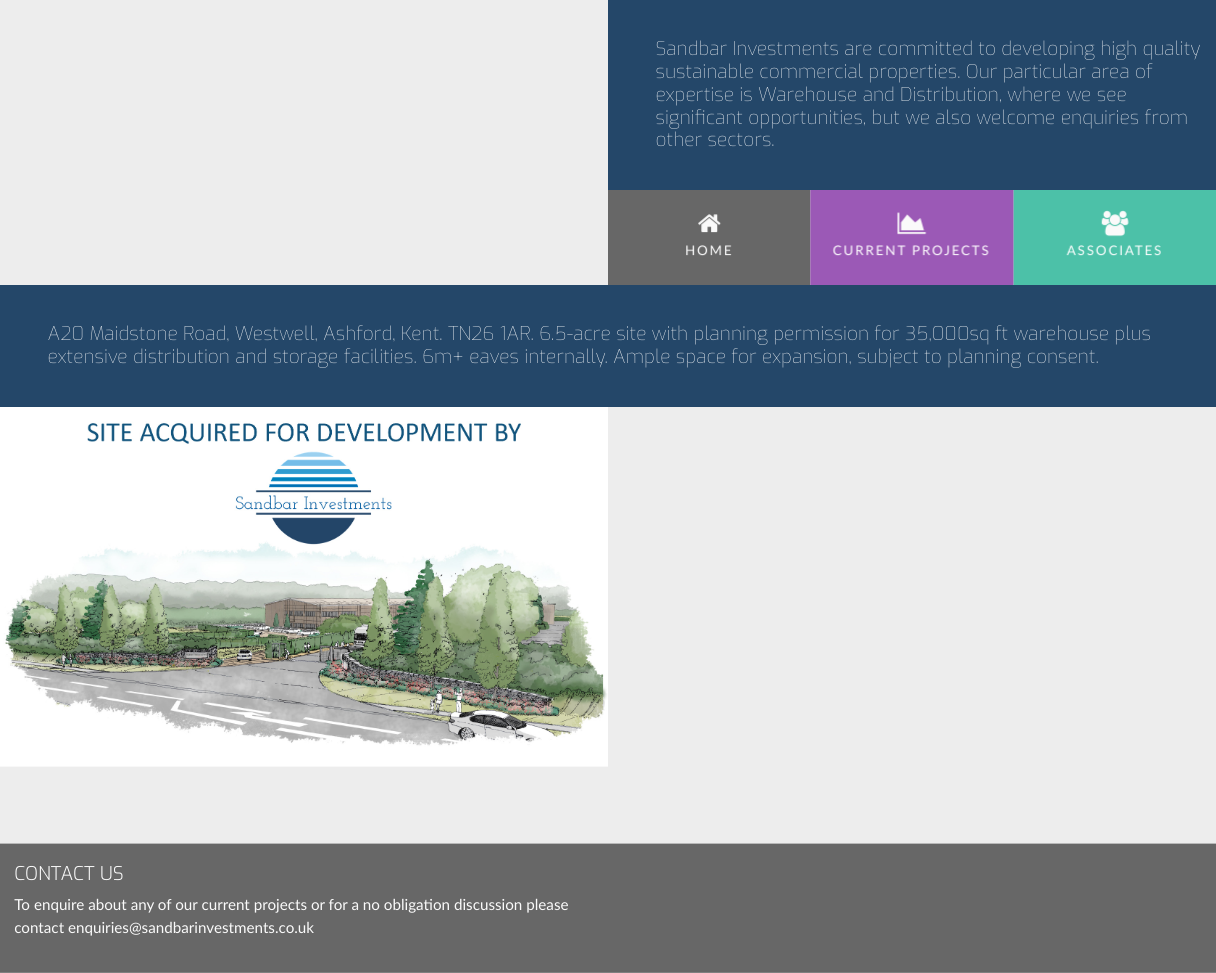
Repository: sykez12/Sandbar
Page: currentprojects.html
The author's editor kept a record of every edit. The page is drawn from the files as they stood at one moment, then again after the next edit.
The browser window is 1280 px wide. The pictures show the whole page, at 95% of full size.

Above is the page before.

### currentprojects.html
<!DOCTYPE html>
<html lang="en">
<head>
    <meta charset="UTF-8">
    <meta name="viewport" content="width=device-width, initial-scale=1.0">
    <meta http-equiv="X-UA-Compatible" content="ie=edge">
    <link rel="stylesheet" href="https://stackpath.bootstrapcdn.com/bootstrap/4.5.2/css/bootstrap.min.css" type="text/css" />
    <link rel="stylesheet" href="https://stackpath.bootstrapcdn.com/font-awesome/4.7.0/css/font-awesome.min.css" type="text/css" />
    <link rel="stylesheet" href="path/to/font-awesome/css/font-awesome.min.css">
    <link rel="stylesheet" href="https://cdnjs.cloudflare.com/ajax/libs/hover.css/2.3.1/css/hover-min.css" integrity="sha512-csw0Ma4oXCAgd/d4nTcpoEoz4nYvvnk21a8VA2h2dzhPAvjbUIK6V3si7/g/HehwdunqqW18RwCJKpD7rL67Xg==" crossorigin="anonymous" />
    <link rel="stylesheet" href="assets/css/style.css" type="text/css" />
    <title>Sandbar Investments</title>
</head>
<body>
    <header>
        <div class="row no-gutters">
            <a href="index.html" class="col-md-6 logo">

            </a>
            <div class="col-md-6">
                <div class="row no-gutters bg-colour-name">
                    <div class="col heading">
                        <h1 class="name">Sandbar Investments are committed to developing high quality sustainable commercial properties. Our particular area of expertise is Warehouse and Distribution, where we see significant opportunities, but we also welcome enquiries from other sectors.

                        </h1>
                    </div>
                </div>
                <div class="row no-gutters">
                    <div class="col">
                        <ul id="nav" class="list-inline menucontainer">
                            <li class="col-6 col-sm-4 ui-menu-color-home list-inline-item menuitem">
                                <a href="index.html" class="hvr-sweep-to-bottom"><i class="fa fa-home" aria-hidden="true"></i><span>Home</span></a>
                            </li>
                            <li class="col-6 col-sm-4 ui-menu-color-current-projects list-inline-item menuitem">
                                <a href="currentprojects.html" class="hvr-sweep-to-bottom"><i class="fa fa-area-chart" aria-hidden="true"></i><span>Current Projects</span></a>
                            </li>
                            <li class="col-6 col-sm-4 ui-menu-color-associates list-inline-item menuitem">
                                <a href="associates.html" class="hvr-sweep-to-bottom"><i class="fa fa-users" aria-hidden="true"></i><span>Associates</span></a>
                            </li>
                        </ul>
                    </div>
                </div>

            </div>
        </div>
    </header>
    <section>
        <div class="row no-gutters">
            <div class="col-md-12">
                <div class="row no-gutters bg-colour-name">
                    <div class="col heading">
                        <h1 class="name">A20 Maidstone Road, Westwell, Ashford, Kent. TN26 1AR.

                                        6.5-acre site with planning permission for 35,000sq ft warehouse plus extensive distribution and storage facilities. 6m+ eaves internally.

                                        Ample space for expansion, subject to planning consent.


                        </h1>
                    </div>
                </div>

            </div>
        </div>
        <div class="row no-gutters">
            <div class="col-md-6 sandbar-site-one">
                <img class="img-fluid" src="assets/images/Sandbar site 1.jpg">
            </div>
            <div class="col-md-6 sandbar-site-two">

            </div>

        </div>

    </section>
    <footer class="container-fluid">
        <div class="row">
            <div class="col-sm-6">
                <h5 class="uppercase general-sub">Contact Us</h5>
                <p class="inline-block">To enquire about any of our current projects or for a no obligation discussion please contact

                enquiries@sandbarinvestments.co.uk
                </p>
            </div>
        </div>

    </footer>
</body>
</html>

### assets/css/style.css
@import url('https://fonts.googleapis.com/css2?family=Roboto:ital,wght@0,100;0,300;0,400;0,500;0,700;0,900;1,100;1,300;1,400;1,500;1,700;1,900&display=swap');
@import url('https://fonts.googleapis.com/css2?family=Exo:ital,wght@0,100;0,200;0,300;0,400;0,500;0,600;0,700;0,800;0,900;1,100;1,200;1,300;1,400;1,500;1,600;1,700;1,800;1,900&display=swap');

/*----------------------------------------Colours */

.bg-colour-name {
    background-color: #244769;
}

.bg-color-our-approach {
    background-color: #244769;
}

.ui-menu-color-home {
    background-color: #676767;
}

.ui-menu-color-current-projects {
    background-color: #9b59b6;
}

.ui-menu-color-associates {
    background-color: #4CC1A8;
}

/*----------------------------------------Special paddings/margins/text */

h1,
h2,
h3,
h4 {
    margin: 0;
}

.uppercase {
    text-transform: uppercase;
}

.general-sub {
    font-family: "Exo", sans-serif;
    font-weight: 300;
    color: #fafafa;
}

.inline-block {
    display: inline-block;
}


.section-column {
    display: table-cell;
    padding: 0 30px 30px;
    float: none;
}

.section-heading {
    font-family: "Exo", sans-serif;
    font-weight: 400;
    margin-top: 50px;
    margin-bottom: 50px;
    display: block;
    width: 100%;
    padding-top: 5px;
    text-align: center;
    text-transform: uppercase;
    font-size: 20px;
    letter-spacing: 2px;
    color: #FFF;
}

.values {
    font-family: "Exo", sans-serif;
    font-weight: 400;
    margin-top: 50px;
    margin-bottom: 50px;
    display: block;
    width: 100%;
    padding-top: 16px;
    padding-bottom: 16px;
    text-align: center;
    text-transform: uppercase;
    font-size: 30px;
    letter-spacing: 2px;
    color: #000000;
}

.three-values {
    font-family: "Exo", sans-serif;
    font-weight: 400;
    margin-top: 50px;
    margin-bottom: 50px;
    display: block;
    width: 100%;
    padding-top: 10px;
    padding-bottom: 10px;
    text-align: center;
    text-transform: uppercase;
    font-size: 20px;
    letter-spacing: 2px;
    color: #FFF;
}

.assoc {
    font-family: "Exo", sans-serif;
    font-weight: 400;
    margin-top: 20px;
    margin-bottom: 20px;
    display: block;
    width: 100%;
    padding-top: 2px;
    text-align: center;
    text-transform: uppercase;
    font-size: 20px;
    letter-spacing: 2px;
    color: #000000;
}
/*----------------------------------------Heading */

header {
    margin: 0;
}

.heading {
    margin-left: 50px;
}

.logo {
    background-size: cover;
    background-position: center;
    background-repeat: no-repeat;
    min-height: 60px;
    transition: all .5s ease-in-out;
    -moz-transition: all .5s ease-in-out;
    -webkit-transition: all .5s ease-in-out;
}

.sandbar-site-one {
    background-position: center;
    background-repeat: no-repeat;
    background-size: cover;
    min-height: 460px;
    transition: all .5s ease-in-out;
    -moz-transition: all .5s ease-in-out;
    -webkit-transition: all .5s ease-in-out;
}

.sandbar-site-two {
    background-position: center;
    background-repeat: no-repeat;
    background-size: cover;
    min-height: 460px;
    transition: all .5s ease-in-out;
    -moz-transition: all .5s ease-in-out;
    -webkit-transition: all .5s ease-in-out;
}

.name {
    font-family: "Exo", sans-serif;
    font-weight: 100;
    font-size: 20px;
    margin-top: 40px;
    margin-bottom: 40px;
    color: #FFF;
}

.list-inline-item:not(:last-child) {
    margin: 0;
}

.menucontainer {
    font-size: 0;
}

#nav {
    margin: 0;
}

#nav li {
    font-size: 14px;
    padding: 0;
}

.menuitem {
    height: 100px;
    text-align: center;
    padding: 0;
}

.menuitem a {
    width: 100%;
    text-decoration: none;
    color: #fff;
    height: 120px;
}

.menuitem a i {
    padding-top: 22px;
    display: block;
    color: #fafafa;
    font-size: 26px;
}

.menuitem span {
    display: block;
    width: 100%;
    padding-top: 5px;
    text-align: center;
    text-transform: uppercase;
    font-size: 14px;
    font-weight: 300;
    letter-spacing: 2px;
}

/*----------------------------------------Hover.css */

.hvr-sweep-to-bottom:before {
    background: rgba(0, 0, 0, 0.2);
    height: 120px;
}

/*----------------------------------------Footer */

footer {
    background-color: #676767;
    color: #fafafa;
    min-height: 120px;
    margin: 0;
    padding:20px;

}

body, html {
    margin: 0px;
    padding: 0px;
    background-color: #ededed;
    font-family: 'Trebuchet MS';
}

After the next edit:
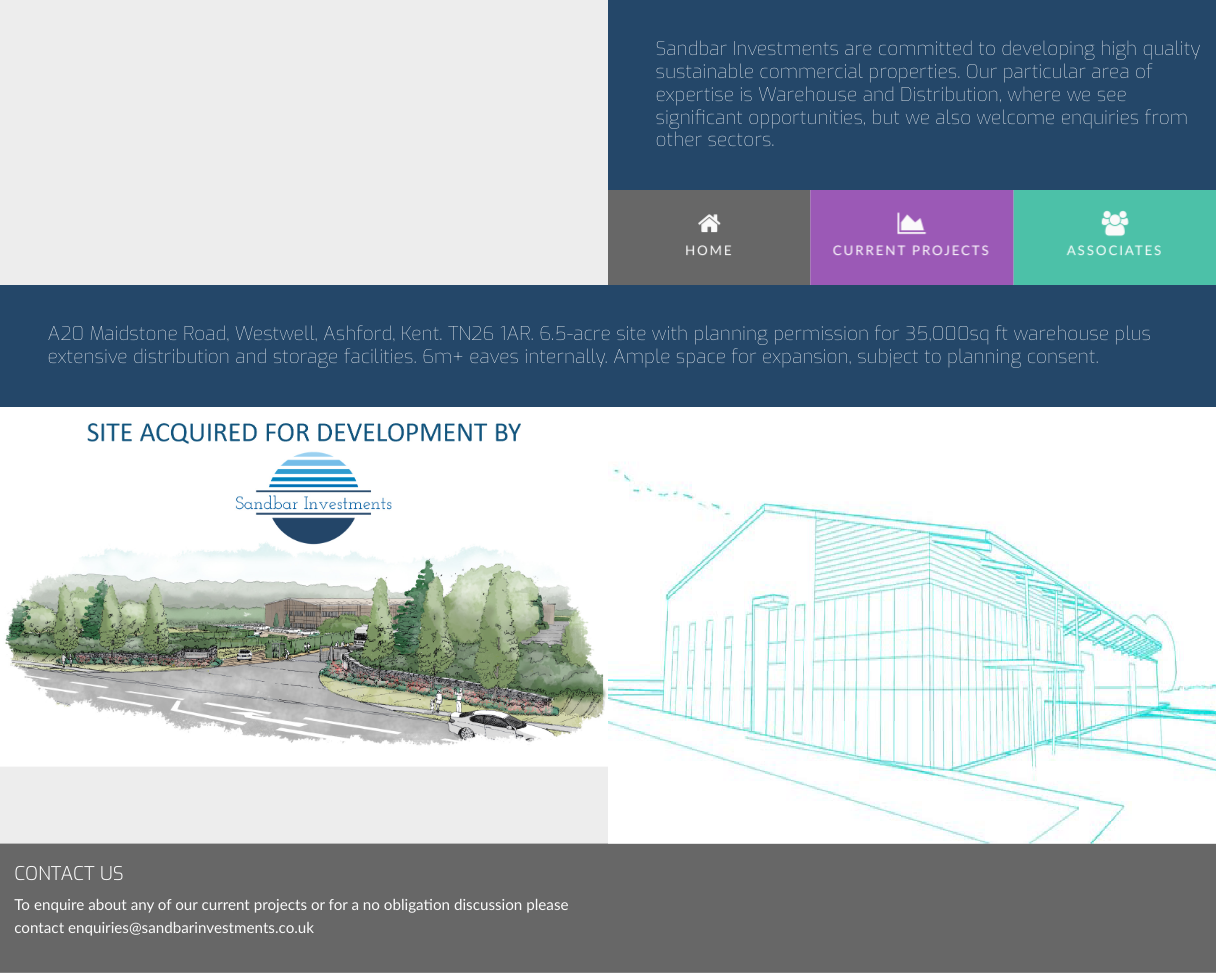
The edit:
--- a/currentprojects.html
+++ b/currentprojects.html
@@ -67,7 +67,7 @@
                 <img class="img-fluid" src="assets/images/Sandbar site 1.jpg">
             </div>
             <div class="col-md-6 sandbar-site-two">
-
+                <img class="img-fluid" src="assets/images/Sandbar site 2.png" style="min-height: 100%;">
             </div>
 
         </div>
